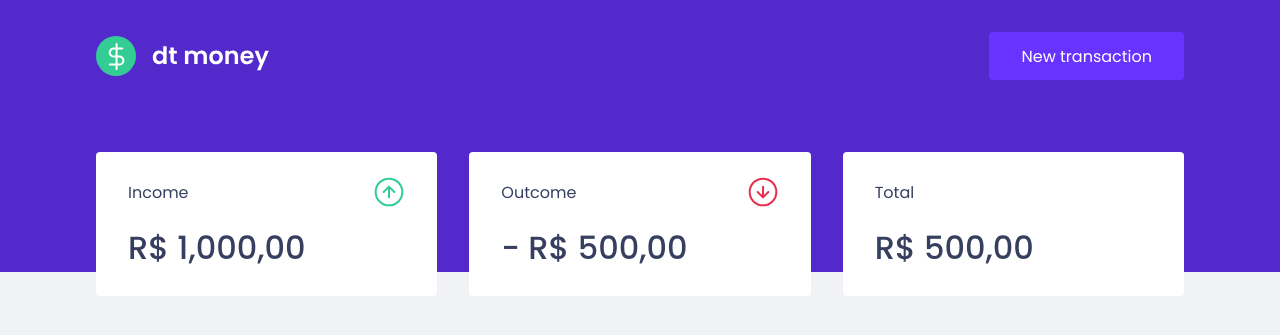
Repository: JoseGu1llardi/dtmoney
Page: /
The author's editor kept a copy of each file at every save. The page is drawn from the files as they stood at one save, then again after the next save.
The browser window is 1280 px wide. The pictures show the whole page.
The project was rebuilt for these pictures with package versions that can differ from the ones it lists, and the page was loaded fresh each time.

Above is the page before, as saved 2022-12-30 15:17:31.

### public/index.html
<!DOCTYPE html>
<html lang="en">
  <head>
    <link rel="preconnect" href="https://fonts.googleapis.com" />
    <link rel="preconnect" href="https://fonts.gstatic.com" crossorigin />

    <meta charset="utf-8" />
    <meta name="viewport" content="width=device-width, initial-scale=1" />

    <link
      href="https://fonts.googleapis.com/css2?family=Poppins:wght@400;500;600&display=swap"
      rel="stylesheet"
    />

    <link rel="shortcut icon" href="favicon.png" type="image/png" />

    <title>Guillardi Money</title>
  </head>
  <body>
    <noscript>You need to enable JavaScript to run this app.</noscript>
    <div id="root"></div>
  </body>
</html>

### src/index.tsx
import { StrictMode } from 'react';
import { createRoot } from 'react-dom/client';
import { App } from './App';

const root = createRoot(
  document.getElementById('root') as HTMLElement
);
root.render(
  <StrictMode>
    <App />
  </StrictMode>
);

### src/App.tsx
import { Dashboard } from "./components/Dashboard";
import { Header } from "./components/Header";

import { GlobalStyle } from "./styles/global";

export function App() {
  return (
    <>
      <Header />
      <Dashboard />
      <GlobalStyle />
    </>
  );
}

### src/components/Dashboard/index.tsx
import { Summary } from "../Summary";

import { Container } from "./styles";


export function Dashboard() {
    return (
        <Container>
            <Summary />
        </Container>
    )
}

### src/components/Header/index.tsx
import logoImg from '../../assets/logo.svg'
import { Container, Content } from './styles'

export function Header() {
    return (
        <Container>
            <Content>
                <img src={logoImg} alt="Logo Guillardi Money" />
                <button>
                    New transaction
                </button>
            </Content>
        </Container>
    )
}

### src/styles/global.ts
import { createGlobalStyle } from "styled-components";

export const GlobalStyle = createGlobalStyle`
    :root {
        --background: #F0F2F5;
        --red: #e52e4d;
        --blue: #5429cc;
        --green: #33cc95;

        --blue-light: #6933ff;

        --text-title: #363f5f;
        --text-body: #969cb3;

        --background: #f0f2f5;
        --shape: #ffffff;
    }

    * {
        margin: 0;
        padding: 0;
        box-sizing: border-box;
    }

    html {
        @media (max-width: 1080px) {
            font-size: 93.75%;

        @media (max-width: 720px) {
            font-size: 87.5%;
        }
    }

    }

    body {
        background: var(--background);
        -webkit-font-smoothing: antialiased;
    }

    body, input, textarea, button {
        font-family: 'Poppins', sans-serif;
        font-weight: 400;
    }

    h1, h2, h3, h4, h5, h6, strong {
        font-weight: 600;
    }

    button {
        cursor: pointer;
    }

    [disabled] {
        opacity: 0.6;
        cursor: not-allowed;
    }
`;

### src/components/Summary/index.tsx
import { Container } from './styles';

import incomeImg from '../../assets/income.svg';
import outcomeImg from '../../assets/outcome.svg';
import totalImg from '../../assets/total.svg';

export function Summary() {
    return (
        <Container>
            <div>
                <header>
                    <p>Income</p>
                    <img src={incomeImg} alt="Logo income" />
                </header>
                <strong>R$ 1,000,00</strong>
            </div>

            <div>
                <header>
                    <p>Outcome</p>
                    <img src={outcomeImg} alt="Logo outcome" />
                </header>
                <strong>- R$ 500,00</strong>
            </div>

            <div className="highlight-background">
                <header>
                    <p>Total</p>
                    <img src={totalImg} alt="Logo total" />
                </header>
                <strong>R$ 500,00</strong>
            </div>
        </Container>
    )
}

### src/components/Header/styles.ts
import styled from "styled-components";

export const Container = styled.header`
  background: var(--blue);
`;

export const Content = styled.div`
  max-width: 1120px;
  margin: 0 auto;

  padding: 2rem 1rem 12rem;
  display: flex;
  align-items: center;
  justify-content: space-between;

  button {
    font-size: 1rem;
    color: white;
    background: var(--blue-light);
    border: 0;
    padding: 0 2rem;
    border-radius: 0.25rem;
    height: 3rem;

    transition: filter 0.2s;

    &:hover {
      filter: brightness(0.9);
    }
  }
`;

### src/components/Summary/styles.ts
import styled from "styled-components";

export const Container = styled.div`
  display: grid;
  grid-template-columns: repeat(3, 1fr);
  gap: 2rem;
  margin-top: -10rem;

  div {
    background: var(--shape);
    padding: 1.5rem 2rem;
    border-radius: 0.25rem;
    color: var(--text-title);

    header {
      display: flex;
      align-items: center;
      justify-content: space-between;
    }

    strong {
      display: block;
      margin-top: 1rem;
      font-size: 2rem;
      font-weight: 500;
    }
  }
`;

Loaded but not shown: src/components/Dashboard/styles.ts (common file)

After the next save:
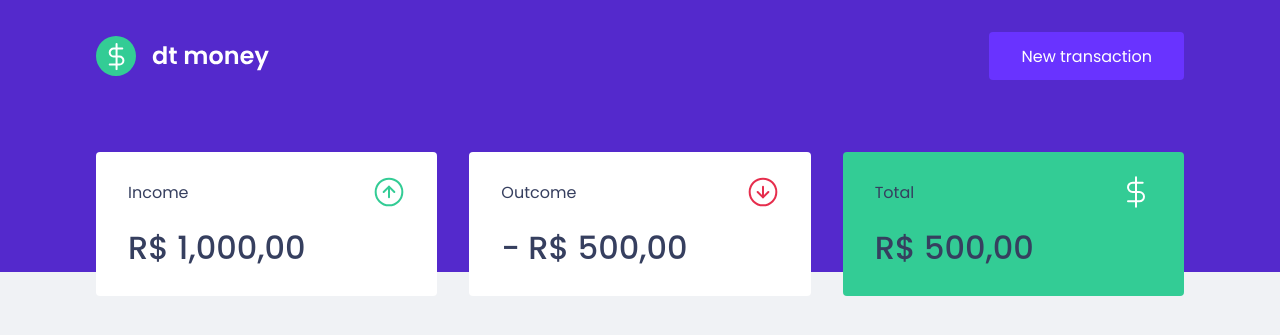
Saved 58 s later.
--- a/src/components/Summary/styles.ts
+++ b/src/components/Summary/styles.ts
@@ -24,5 +24,9 @@
       font-size: 2rem;
       font-weight: 500;
     }
+
+    &.highlight-background {
+      background-color: var(--green);
+    }
   }
 `;

After the save that followed:
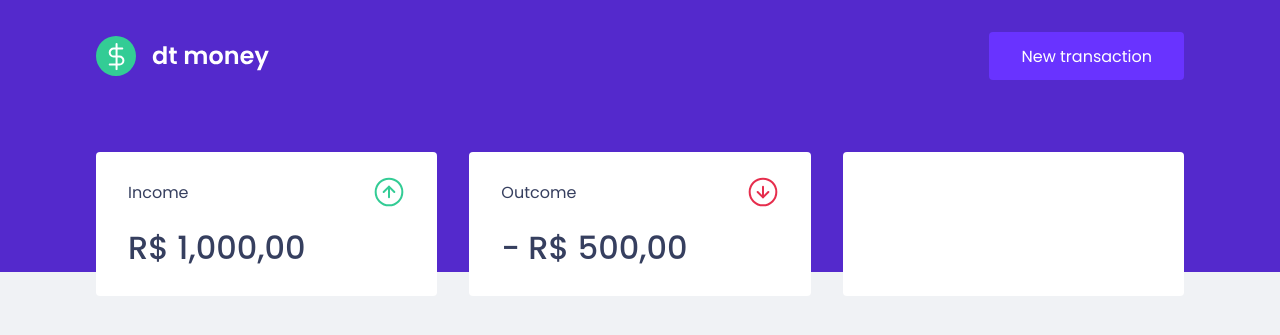
Saved 44 s later.
--- a/src/components/Summary/styles.ts
+++ b/src/components/Summary/styles.ts
@@ -26,7 +26,8 @@
     }
 
     &.highlight-background {
-      background-color: var(--green);
+      background-: var(--green);
+      color: white;
     }
   }
 `;
